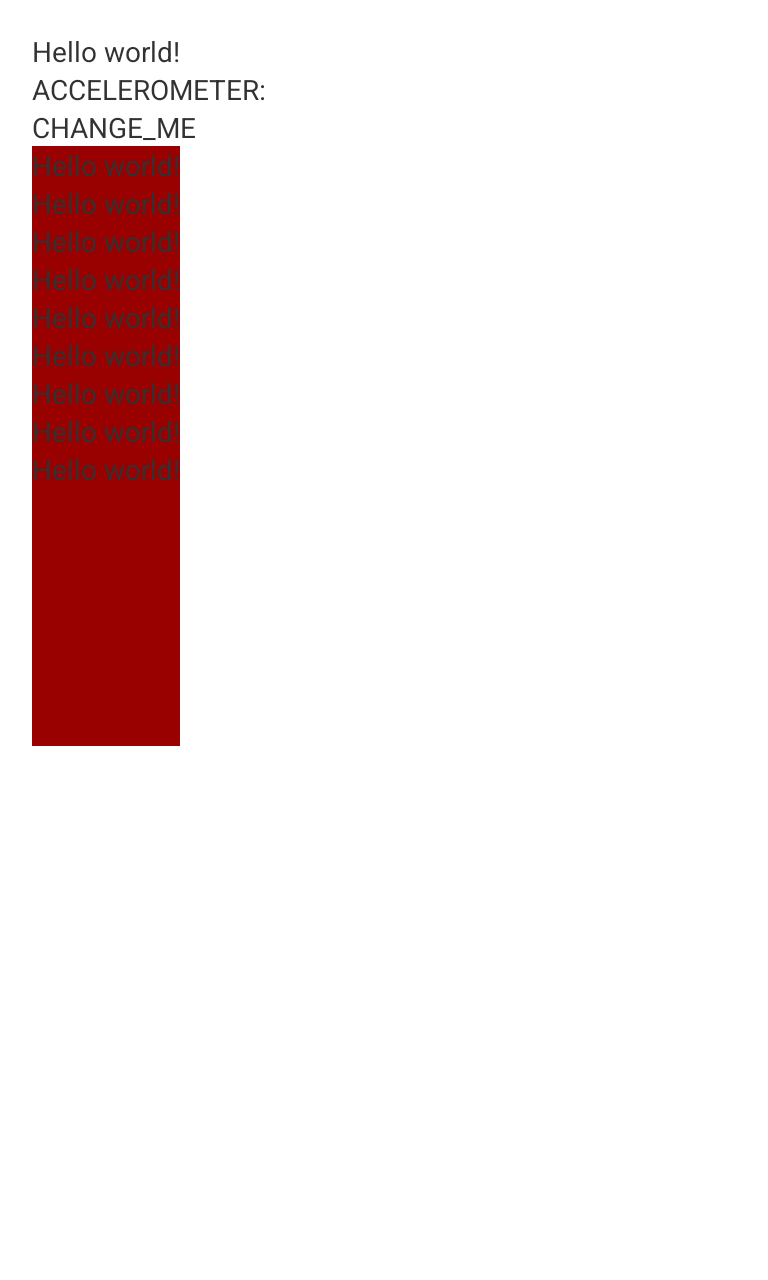
Repository: acrabb/soundcloudtest
Layout: HelloWorld/res/layout/activity_main.xml
These files come from the project's save history. The layout is drawn as it stood at one moment and after the next save; the edit follows.
It is drawn on a 768 x 1280 px phone screen (xhdpi) without system bars, with theme AppTheme; the app's code is not run.

Above is the layout before, as saved 2013-10-07 09:02:26.

After the next save:
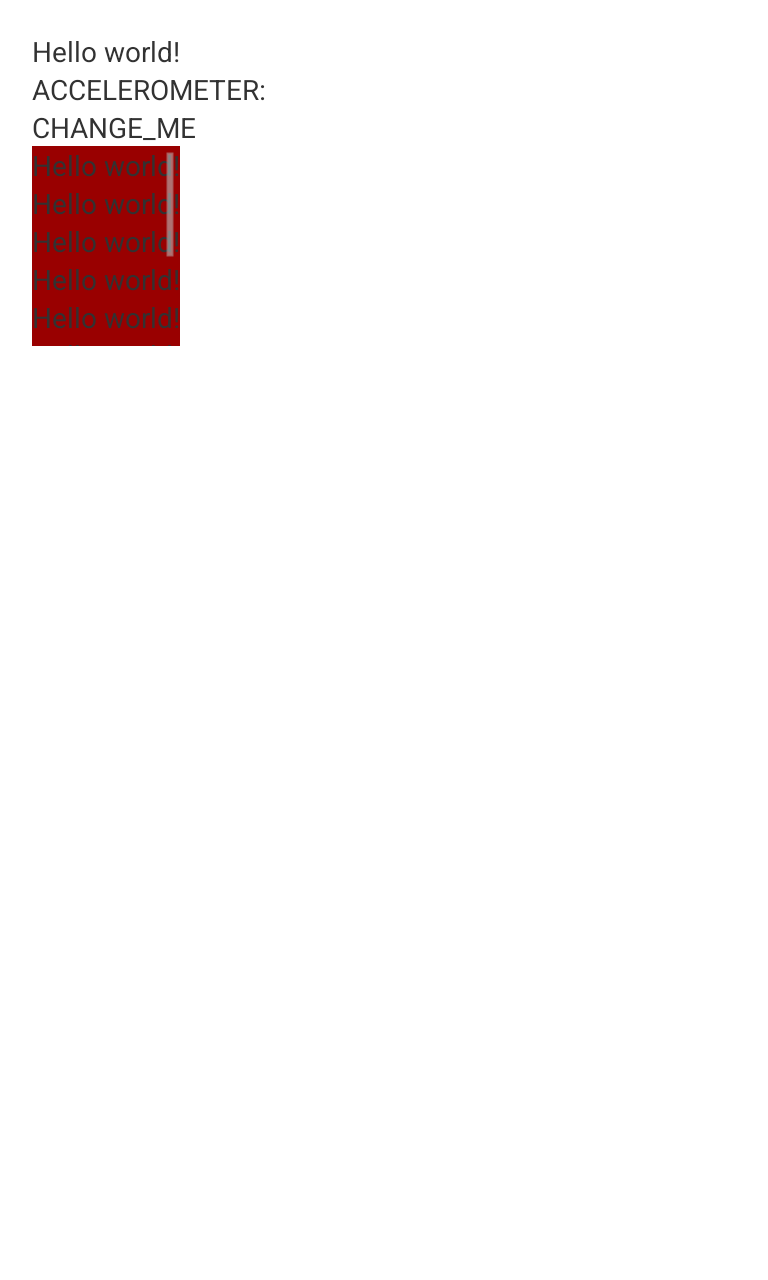
Saved 18 s later.
--- a/HelloWorld/res/layout/activity_main.xml
+++ b/HelloWorld/res/layout/activity_main.xml
@@ -28,7 +28,7 @@
     <ScrollView
         android:id="@+id/list_thing"
         android:layout_width="wrap_content"
-        android:layout_height="300dp"
+        android:layout_height="100dp"
         android:layout_below="@id/accel_num"
         android:background="#990000"
         >
